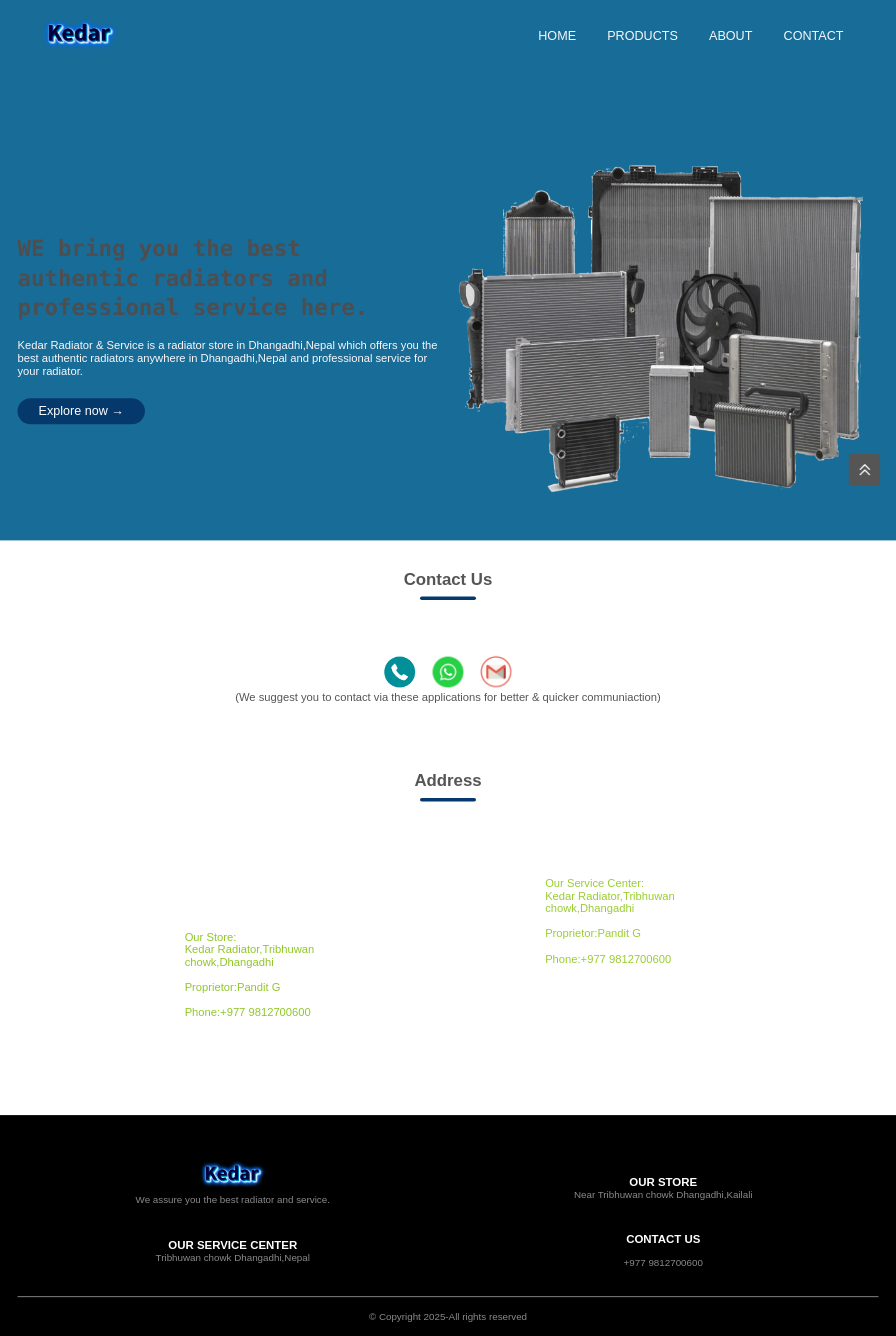
Repository: shyamchand-git/KedarRadiator
Page: contactsfrs.html
These files come from the project's save history. The page is drawn as it stood at one moment and after a run of saves; the edit follows.
The browser window is 1280 px wide. The pictures show the whole page, at 70% of full size.
Pictures or frames that could not be fetched are drawn as grey boxes. Some web fonts or font styles are not loaded; a fallback is used.

Above is the page before, as saved 2026-02-22 13:30:46.
Console error: TypeError: Cannot read properties of null (reading 'addEventListener')

After the next 2 saves:
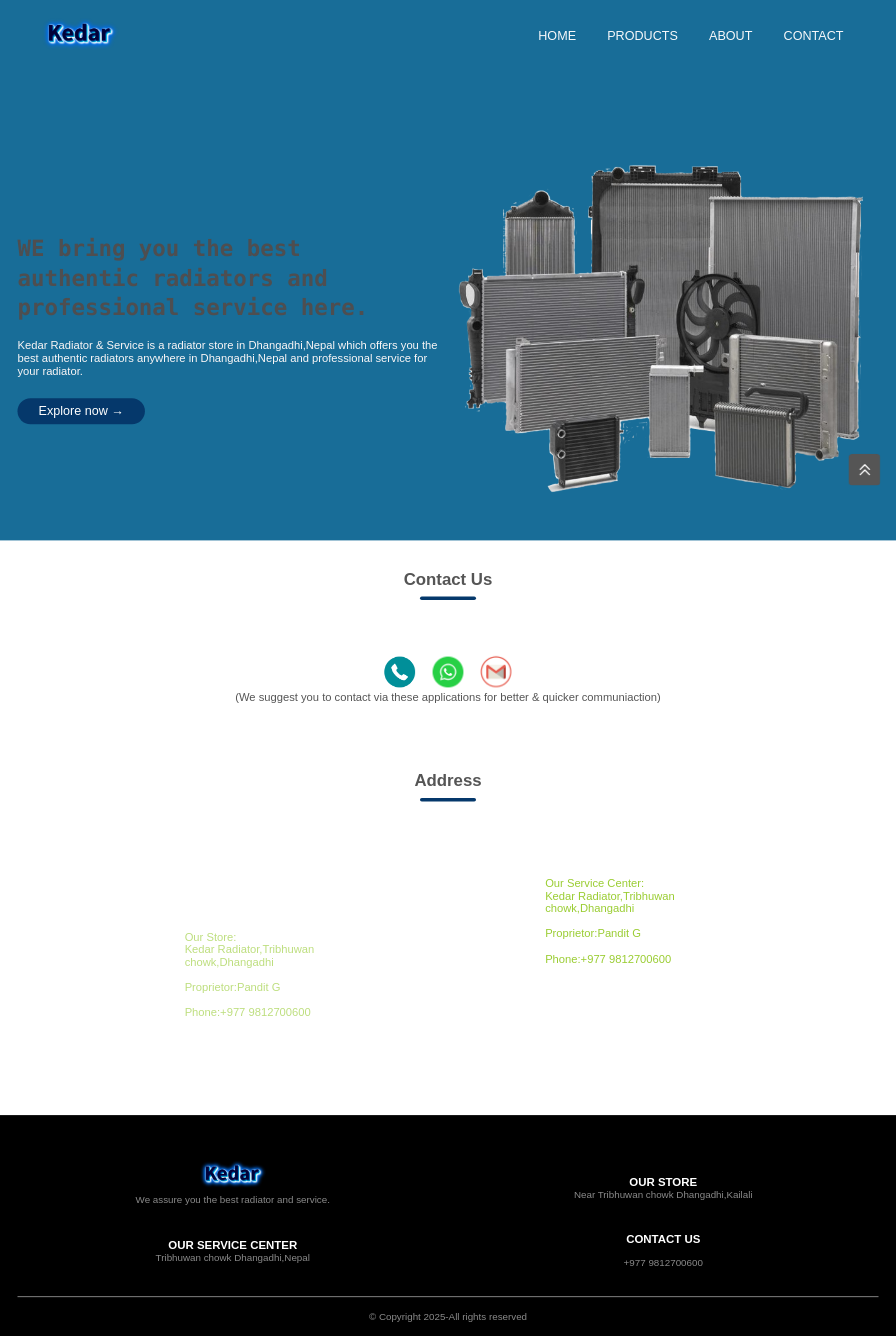
The 2 saves are shown as one change because they came seconds apart.
The last was saved 12 s later.
--- a/contactsfrs.html
+++ b/contactsfrs.html
@@ -125,7 +125,7 @@
         <div class="row">
             <div class="col4">
                 <i class="fas fa-map-marker-alt"></i>
-                <h4 style="color: rgb(145, 199, 39);">Our Store:
+                <h4 style="color: rgba(145, 199, 39, 0.597);">Our Store:
                     <br>
                    Kedar Radiator,Tribhuwan chowk,Dhangadhi
                     <br>
